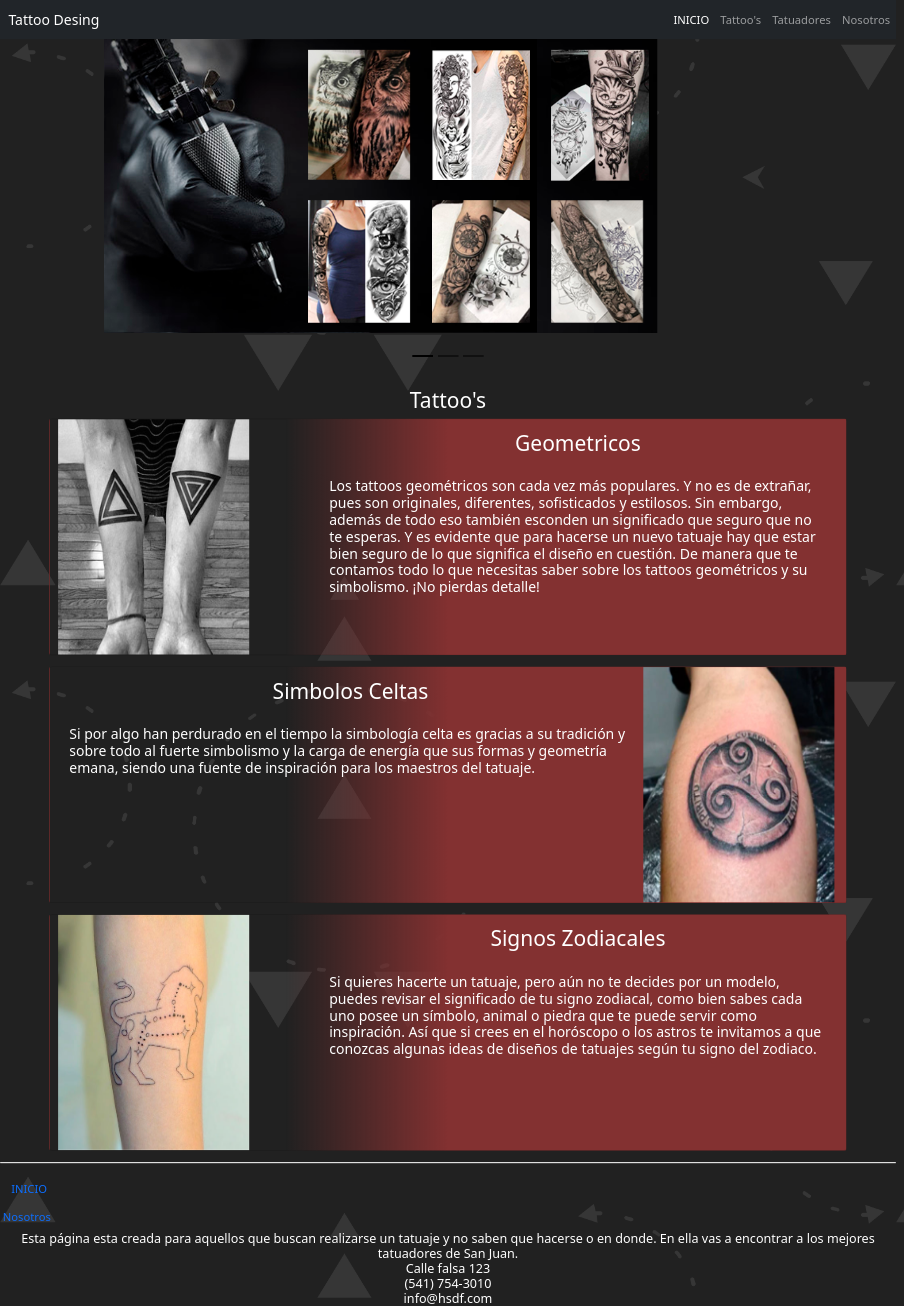
Repository: Vladimir-22/TatooDesign
Page: index.html
An editor plug-in stored every save of this project. The page is shown before and after the next save, followed by the edit.
The browser window is 1280 px wide. The page is 1292 px wide, so the pictures cover 1292 px, including what lies to the right of the window. The pictures show the whole page, at 70% of full size.
Some web libraries are served in a nearby version.

Above is the page before, as saved 2021-05-19 20:54:45.

After the next save:
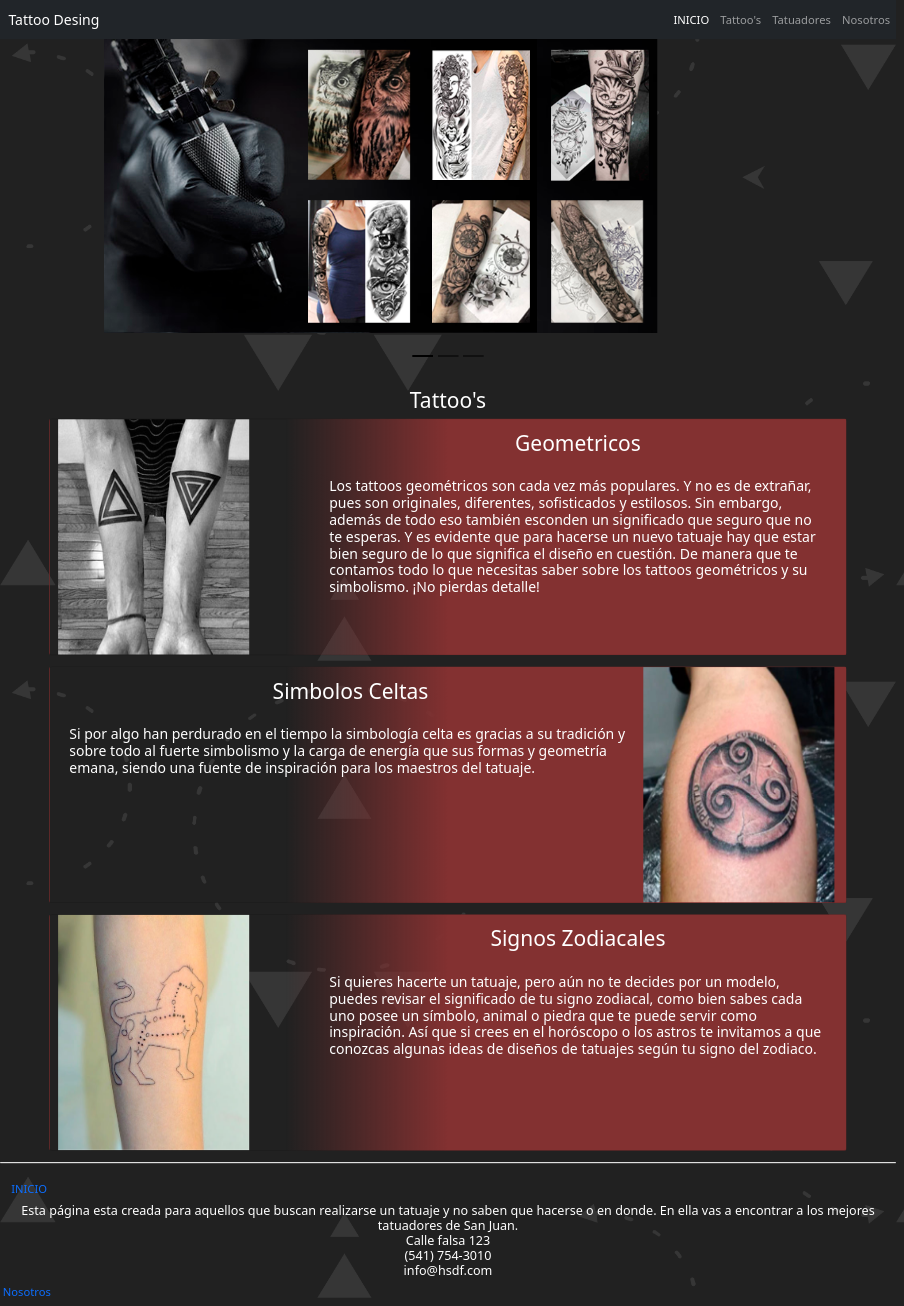
Saved 46 s later.
--- a/index.html
+++ b/index.html
@@ -178,20 +178,22 @@
             <div class="col-6 col-md-4">
                 <a class="nav-link active" aria-current="page" href="#">INICIO</a>
             </div>
+           <div class=>
+                <h3 id="descrip-gral" class="card-text">
+                    Esta página esta creada para aquellos que buscan realizarse un tatuaje y no saben que hacerse o en donde. En ella vas a encontrar a los mejores tatuadores de San Juan.<br>
+                    Calle falsa 123<br>
+                    (541) 754-3010<br>
+                    info@hsdf.com<br>
+                </h3>
+            </div>
+
             <div class="row justify-content-between">
                 <div class="row justify-content-between">
                     <a class="nav-link" href="nosotros.html" tabindex="-1" aria-disabled="true">Nosotros</a>
                 </div>
             </div>
+         </div>
+    </div>
 
-    </div>
-    <div class=>
-        <h3 id="descrip-gral" class="card-text">
-            Esta página esta creada para aquellos que buscan realizarse un tatuaje y no saben que hacerse o en donde. En ella vas a encontrar a los mejores tatuadores de San Juan.<br>
-            Calle falsa 123<br>
-            (541) 754-3010<br>
-            info@hsdf.com<br>
-        </h3>
-    </div>
 </footer>
 </html>
